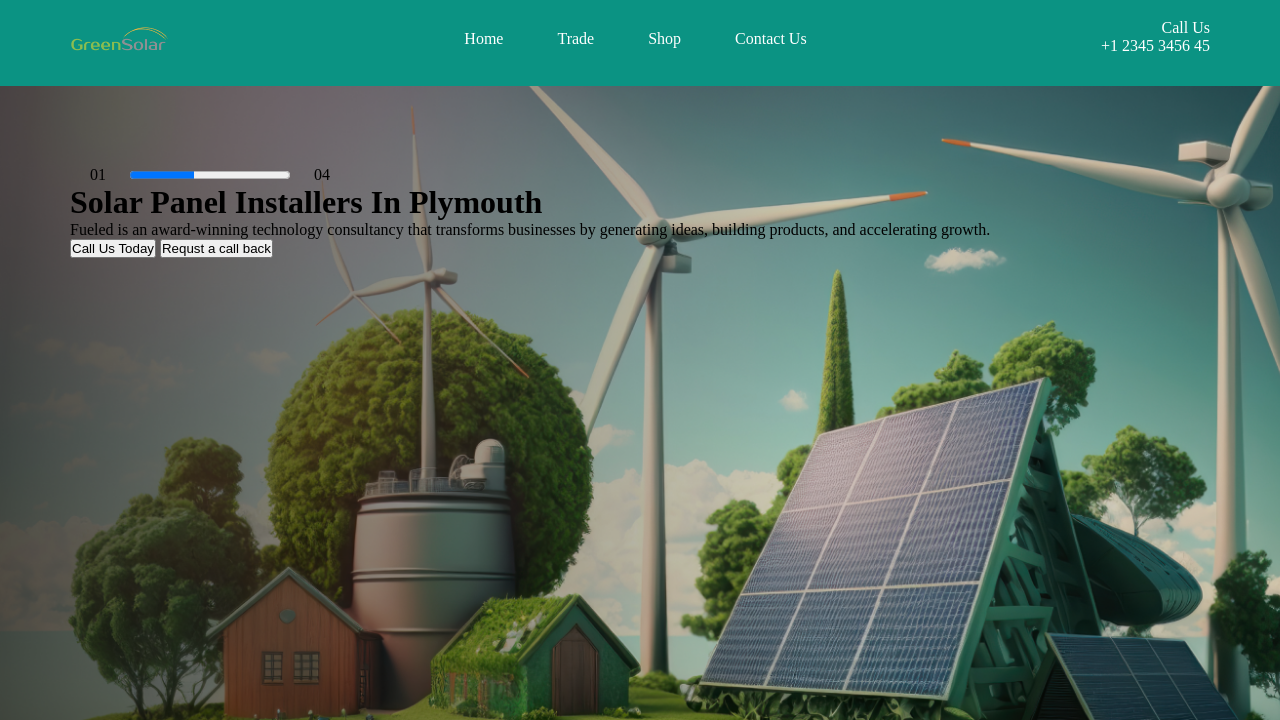
Repository: zeinawady/Solar-Company-Template
Page: index.html
These files come from the project's save history. The page is drawn as it stood at one moment and after a run of saves; the edit follows.
The browser window is 1280 px wide. The pictures show the whole page.

Above is the page before, as saved 2024-09-17 17:02:02.

### index.html
<!DOCTYPE html>
<html lang="en">

<head>
    <meta charset="UTF-8">
    <meta name="viewport" content="width=device-width, initial-scale=1.0">
    <title>Solar Company</title>
    <link rel="stylesheet" href="css/style.css">
    <link rel="stylesheet" href="css/all.min.css">
</head>

<body>
    <!-- start header -->
    <header>
        <div class="container">
            <img src="images/Logo.png" width="100" alt="logo" class="logo">
            <nav>
                <ul class="nav-links">
                    <li><a href="#">Home</a></li>
                    <li><a href="#">Trade</a></li>
                    <li><a href="#">Shop</a></li>
                    <li><a href="#">Contact Us</a></li>
                </ul>
            </nav>
            <div class="nav-info">
                <div>Call Us</div>
                <div>+1 2345 3456 45</div>

            </div>
            <div class="burger">
                <i class="fas fa-bars"></i>
                <ul class="navHover">
                    <li><a href="#">Home</a></li>
                    <li><a href="#">Trade</a></li>
                    <li><a href="#">Shop</a></li>
                    <li><a href="#">Contact Us</a></li>
                </ul>

            </div>
        </div>
    </header>

    <!-- end header -->

    <!-- start landing -->
    <div class="landing">
        <div class="container">
            <div class="progress-container">
                <span>01</span>
                <progress value="40" max="100"></progress>
                <span>04</span>
            </div>
            <h1 class="main-text">Solar Panel Installers In Plymouth</h1>
  <div class="sub-text">
    Fueled is an award-winning technology consultancy that transforms businesses by generating ideas, building products, and accelerating growth.
  </div>

  <div class="btn-container">
  <button class="btn">Call Us Today</button>
  <button class="btn yellow-bt">Requst a call back</button>
</div>
        </div>
    </div>
    <!-- end landing -->

</body>

</html>

### css/style.css
*{
    margin: 0;
    padding: 0;
    box-sizing: border-box;
}
html{
    scroll-behavior: smooth;
}
.container{
    padding-left: 15px;
    padding-right: 15px;
    margin: 0 auto;
    max-width: 1170px; /* Set a maximum width */
    width: 100%;
}
ul{
    list-style: none;
}
a{
    text-decoration: none;
}
:root{
    --main-color: hsla(173, 86%, 31%, 1);
    --secondary-color:hsla(42, 100%, 55%, 1);
    --font-color: hsla(221, 43%, 11%, 1);

}
@media (min-width:768px) {
    .container {
        width: 750px;
    }

}

@media (min-width:992px) {
    .container {
        width: 970px;
    }
}

@media (min-width:1200px) {
    .container {
        width: 1170px;
    }
}

/* start header */
header{
    background-color: var(--main-color);
height: 86px;
}
header .container{
    display: flex;
    justify-content: space-between;
    align-items: center;

}
.nav-links li{
    display: inline-block;
    padding: 30px 25px;

}
.nav-links li a{
    color: hsla(0, 0%, 100%, 1);
    transition: all 0.3s ease 0s;
}
.nav-info{
    color: hsla(0, 0%, 100%, 1);
padding-bottom: 5px;
display: flex;
flex-direction: column;
align-items: flex-end;
}
.burger{
    display: none;
    color: hsla(0, 0%, 100%, 1) ;
    font-size: 30px;
    cursor: pointer;
    position: relative;
}

@media (max-width:768px){
    .burger{
        display: block;
        padding-top: 24px;
        position: relative;
        z-index: 10;
    }
    .navHover , .nav-links {
        display: none;
    }
    .nav-info{
        display: none;
    }
    .burger:hover .navHover{
        display: block;
        position: absolute;
        top: 86px;
        right: 15px;
        background-color:rgb(255, 250, 244);
        z-index: 99;
        border-radius: 15px;
        padding: 20px;
        box-shadow: 0 4px 8px rgba(0, 0, 0, 0.1);
    }
}

/* end header */

/* start landing */

.landing{
    background-image: url(../images/solar-panels-meadow\ 1.png);
    background-size: cover;
    height: calc(100vh - 86px);
}
.landing .container{
    padding-top: 80px;
}
.progress-container span{
 padding: 0 20px;
}
/* end landing */

Loaded but not shown: css/all.min.css (library)

After the next 6 saves:
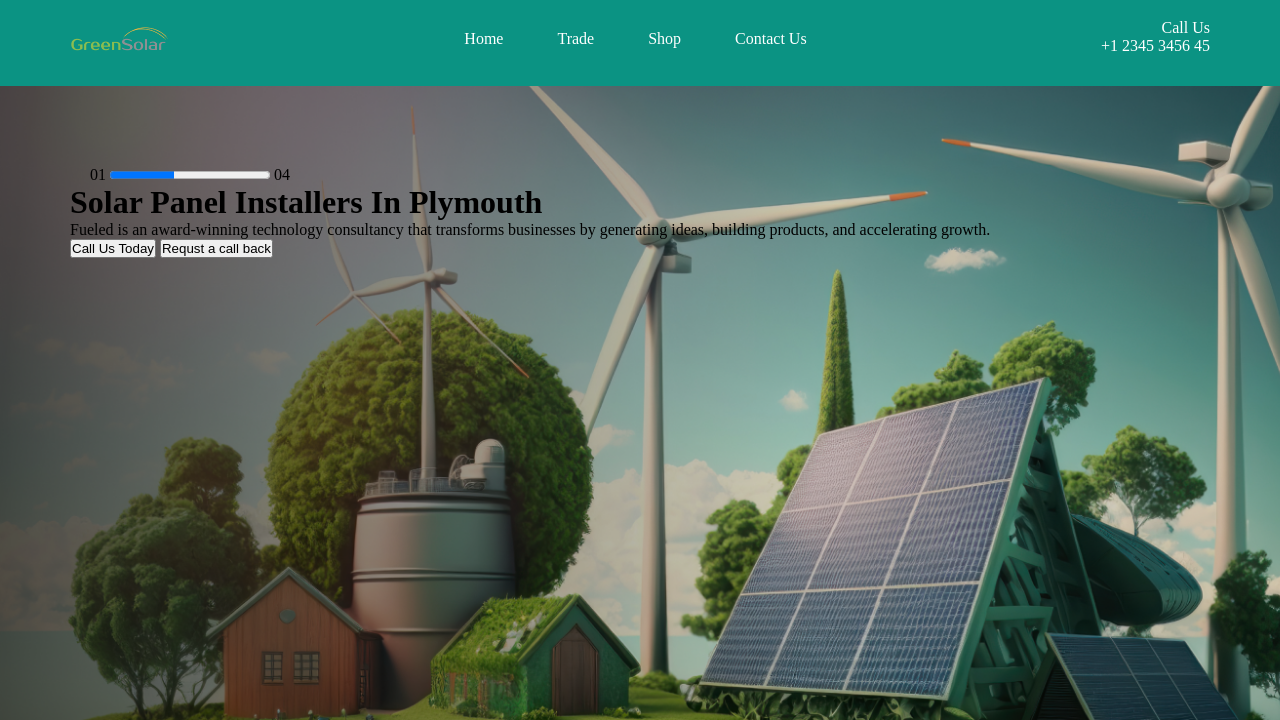
The 6 saves are shown as one change because they came seconds apart.
The last was saved 16 s later.
--- a/css/style.css
+++ b/css/style.css
@@ -117,7 +117,7 @@ align-items: flex-end;
 .landing .container{
     padding-top: 80px;
 }
-.progress-container span{
- padding: 0 20px;
+.progress-container span:first-child{
+padding-left: 20px
 }
 /* end landing */
